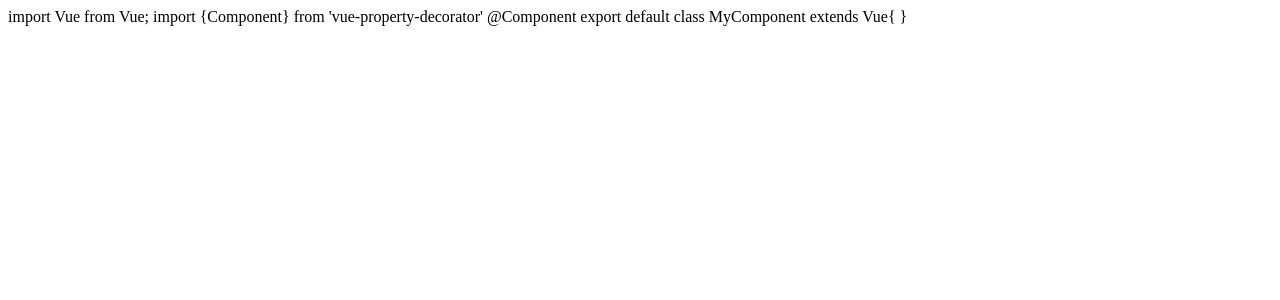
Repository: pawvan/amazonui
Page: sex.html
An editor plug-in stored every save of this project. The page is shown before and after a run of saves, followed by the edit.
The browser window is 1280 px wide. The pictures show the whole page.

Above is the page before, as saved 2025-01-01 14:38:33.

### sex.html
import Vue from Vue;
import {Component} from 'vue-property-decorator'
@Component
export default class MyComponent extends Vue{

}

After the next 2 saves:
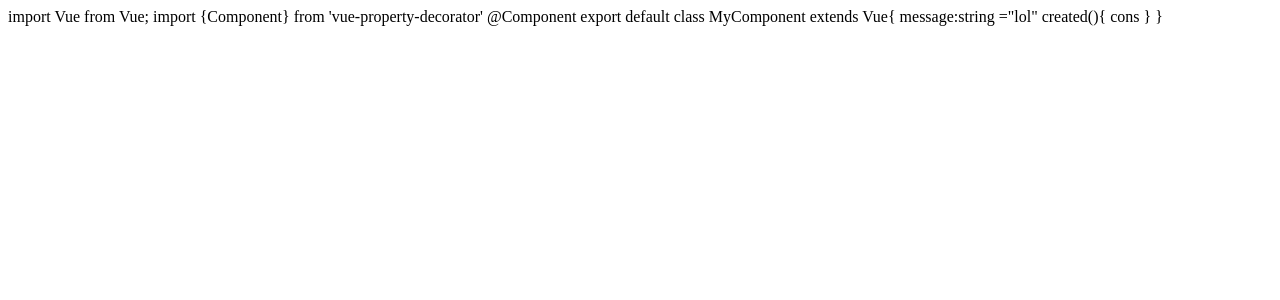
The 2 saves are shown as one change because they came seconds apart.
The last was saved 12 s later.
--- a/sex.html
+++ b/sex.html
@@ -2,5 +2,8 @@
 import {Component} from 'vue-property-decorator'
 @Component
 export default class MyComponent extends Vue{
-
+    message:string ="lol"
+    created(){
+        cons
+    }
 }
